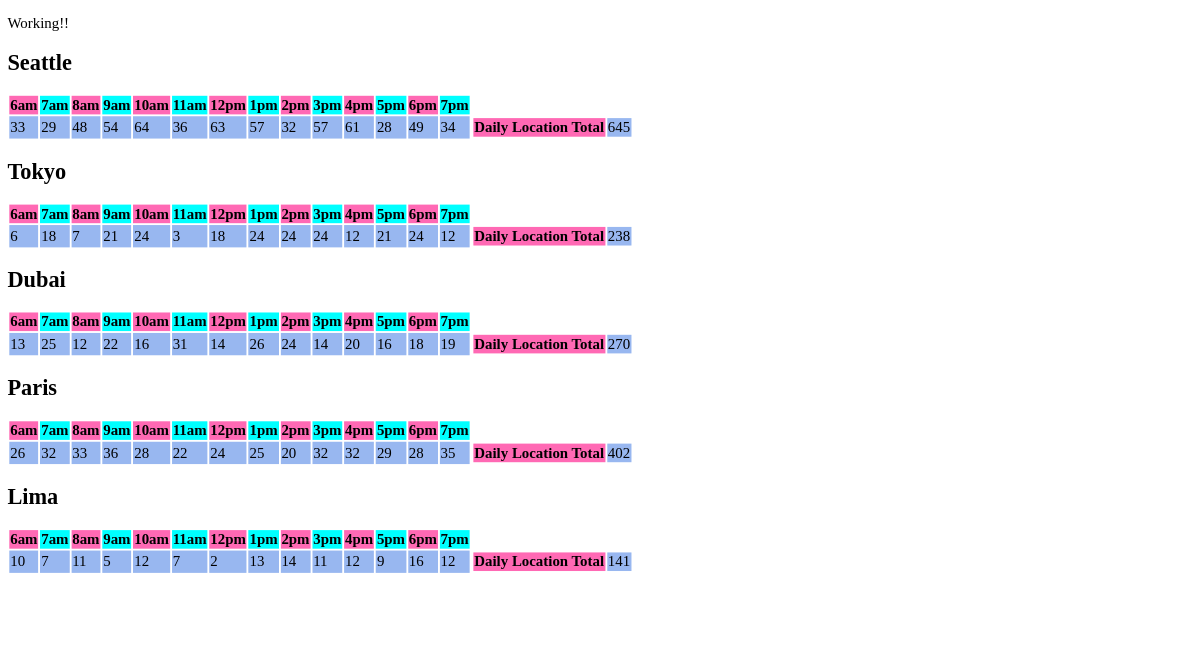
Repository: aaron1986/cookie_stand
Page: sales.html
These files come from the project's save history. The page is drawn as it stood at one moment and after the next save; the edit follows.
The browser window is 1280 px wide. The pictures show the whole page, at 93% of full size.

Above is the page before, as saved 2023-09-26 15:21:14.

After the next save:
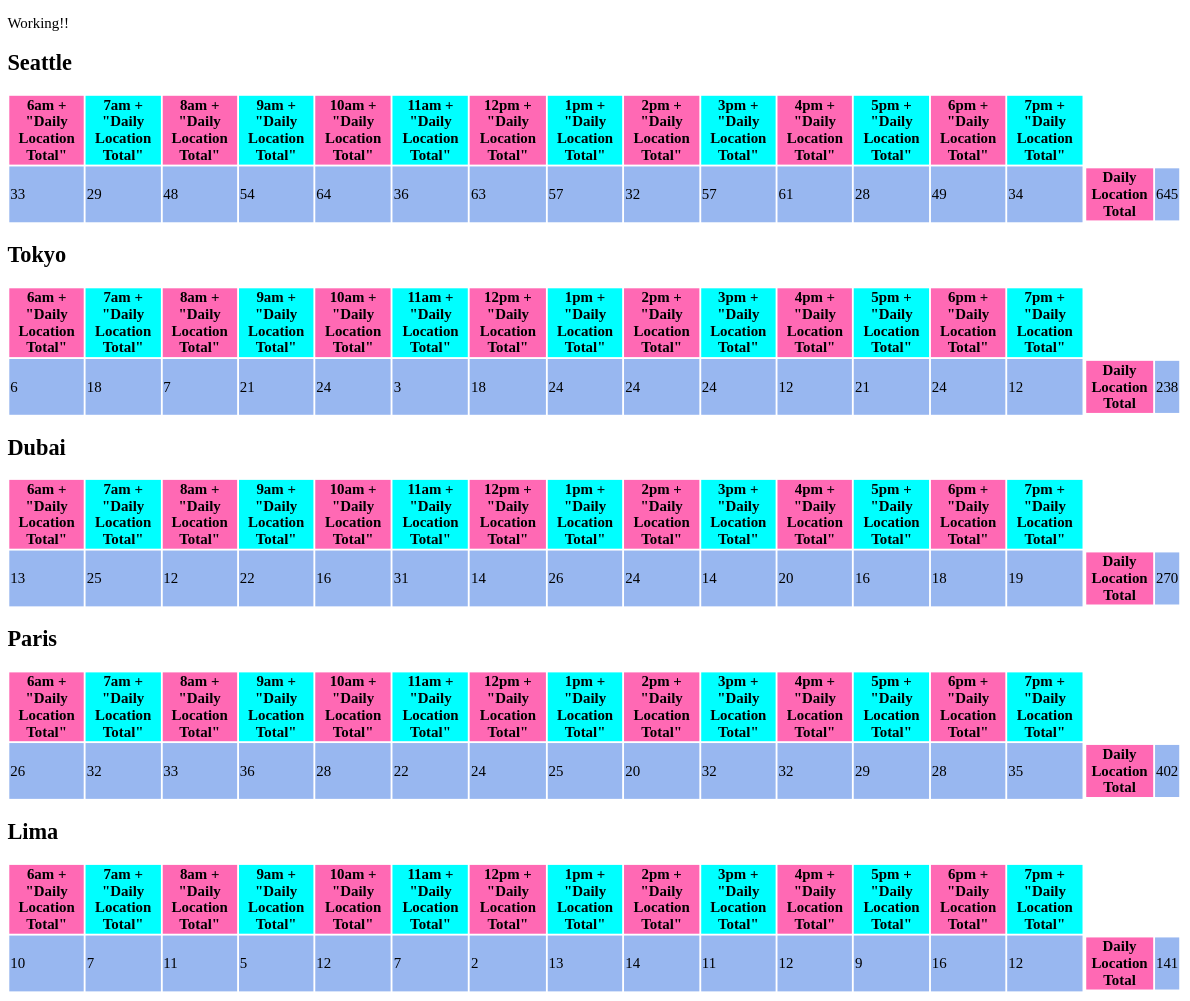
Saved 3 min 4 s later.
--- a/app.js
+++ b/app.js
@@ -61,7 +61,7 @@ function createShopLocation(locationData) {
     // Loop through the hours and create table headers
     for (let i = 0; i < locationData.customersPerHour.length; i++) {
         const th = document.createElement("th");
-        th.textContent = `${Hours[i]}`;
+        th.textContent = `${Hours[i]} + "Daily Location Total"`;
         headerRow.appendChild(th);
     }
 
